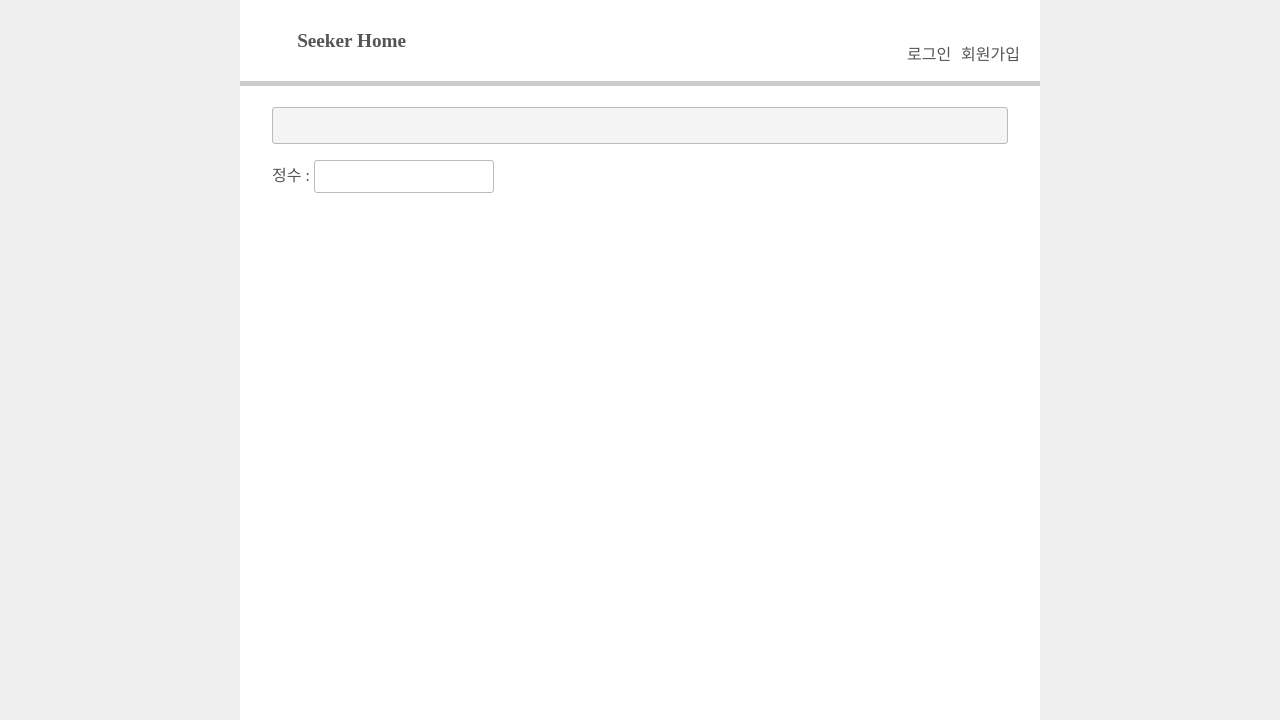
Repository: Seeker2250/JspTest
Page: http://localhost/jspPro/days01/ex03_06.jsp
An editor plug-in stored every save of this project. The page is shown before and after the next save, followed by the edit.
The browser window is 1280 px wide. The pictures show the whole page.
Some web fonts or font styles are not loaded; a fallback is used. The page is served by Tomcat 9.

Above is the page before, as saved 2024-10-15 07:46:58.

After the next save:
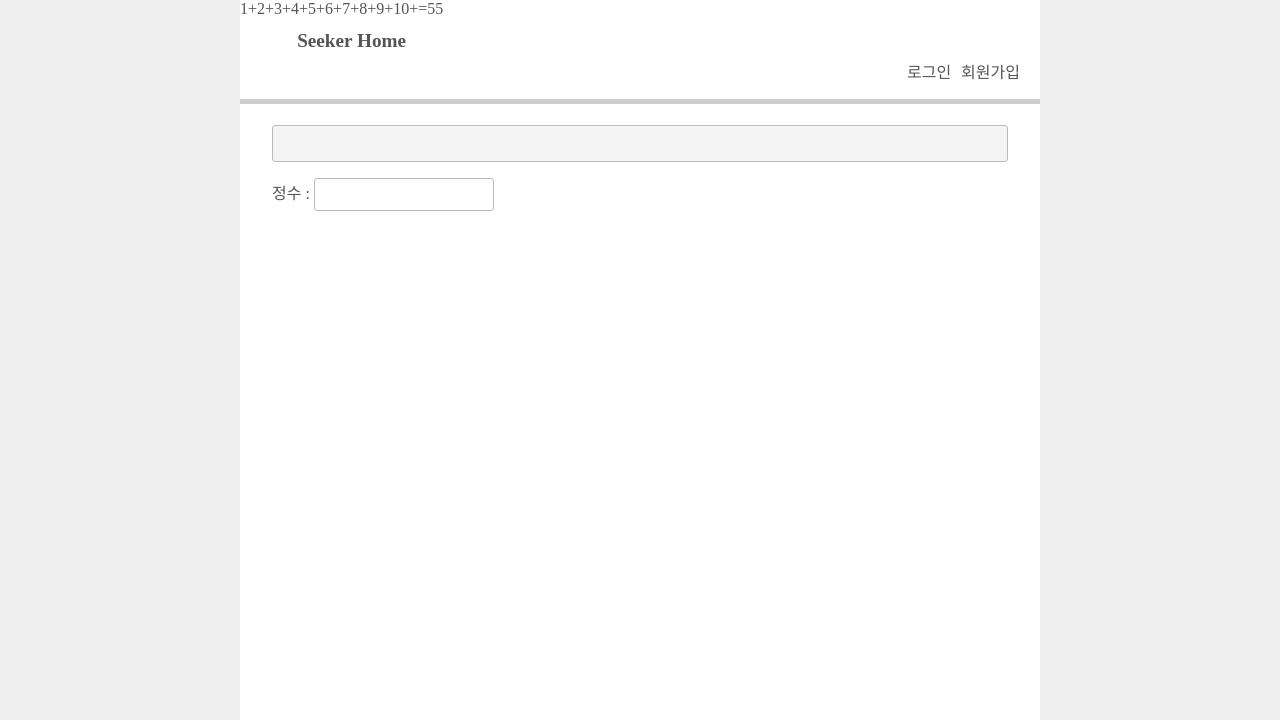
Saved 73 s later.
--- a/jspPro/src/main/webapp/days01/ex03_06.jsp
+++ b/jspPro/src/main/webapp/days01/ex03_06.jsp
@@ -1,5 +1,13 @@
 <%@ page language="java" contentType="text/html; charset=UTF-8"
 	pageEncoding="UTF-8"%>
+<%
+  int sum = 0;
+  for(int i = 1; i <= 10; i++){
+	  sum +=i;
+	  out.write(i+"+");
+  }
+  out.write("=" + sum);
+  %>
 <!DOCTYPE html>
 <html>
 <head>
